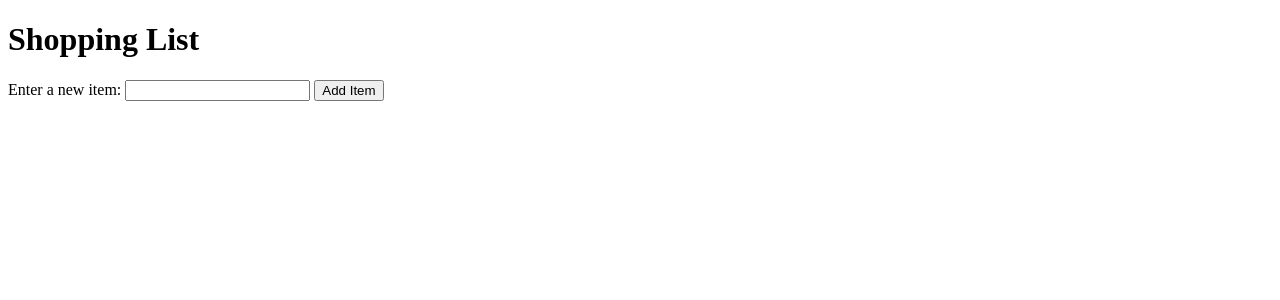
Repository: EguJaredoBoyd/IgHub
Page: shopping-list/index.html
The author's editor kept a copy of each file at every save. The page is drawn from the files as they stood at one save, then again after the next save.
The browser window is 1280 px wide. The pictures show the whole page.
Empty fields were first filled with sample values (such as "Sample", 5 or name@example.com).
After loading, the first visible `button` was clicked once.

Above is the page before, as saved 2025-03-04 11:55:22.

### shopping-list/index.html
<!DOCTYPE html>
<html lang="en">
<head>
    <meta charset="UTF-8">
    <meta name="viewport" content="width=device-width, initial-scale=1.0">
    <title>Shopping List</title>
    <!-- Internal Styling -->
     <style>
        li{
            margin-bottom: 10px;
        }

        li button{
            font-size: 12px;
            margin-left: 20px;
            color: darkgray;
        }
     </style>
</head>
<body>
    <h1>Shopping List</h1>

    <div>
        <label for="item">Enter a new item:</label>
        <input type="text" name="item" id="item">
        <button onclick="addItem()"> Add Item</button>
    </div>

    <ul></ul>



    <script>
        const list = document.querySelector("ul");
        const listItem = document.createElement("li");
        const listTitle = document.createElement("span");
        const delBbutton = document.createElement("button");
        const input = document.querySelector("input");
        const button = document.querySelector("button");

        function addItem(){
            // get input value
            let item = input.value;

            // clear input
            input.value = "";

            //append list title (span) and delete button to the list item element
            listItem.appendChild(listTitle);
            listItem.appendChild(delBbutton);

            console.log(listItem);

            // show output
            alert("You have added " + item + " to your shopping list");
        }
    </script>
</body>
</html>

After the next save:
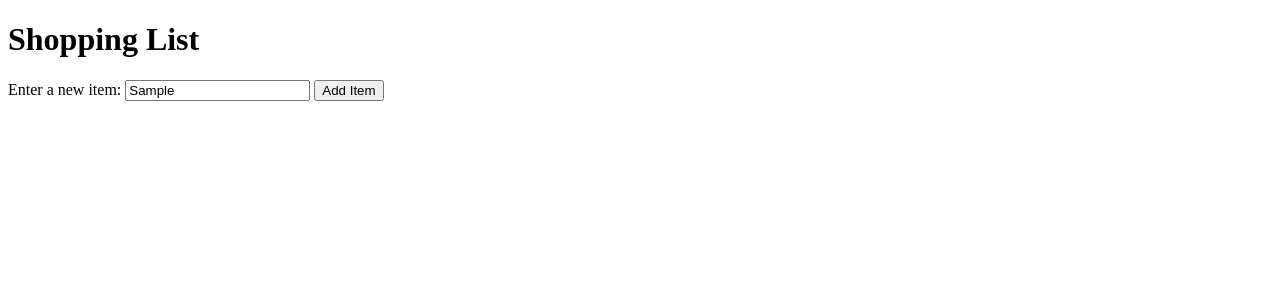
Console error: ReferenceError: itemrySelector is not defined
Saved 8 min 7 s later.
--- a/shopping-list/index.html
+++ b/shopping-list/index.html
@@ -31,7 +31,7 @@
 
 
     <script>
-        const list = document.querySelector("ul");
+        const list = document.que = itemrySelector("ul");
         const listItem = document.createElement("li");
         const listTitle = document.createElement("span");
         const delBbutton = document.createElement("button");
@@ -49,6 +49,10 @@
             listItem.appendChild(listTitle);
             listItem.appendChild(delBbutton);
 
+            // Set textContent of list title and delete button
+            listTitle.textContent = item;
+            delBbutton.textContent = "x";
+
             console.log(listItem);
 
             // show output
